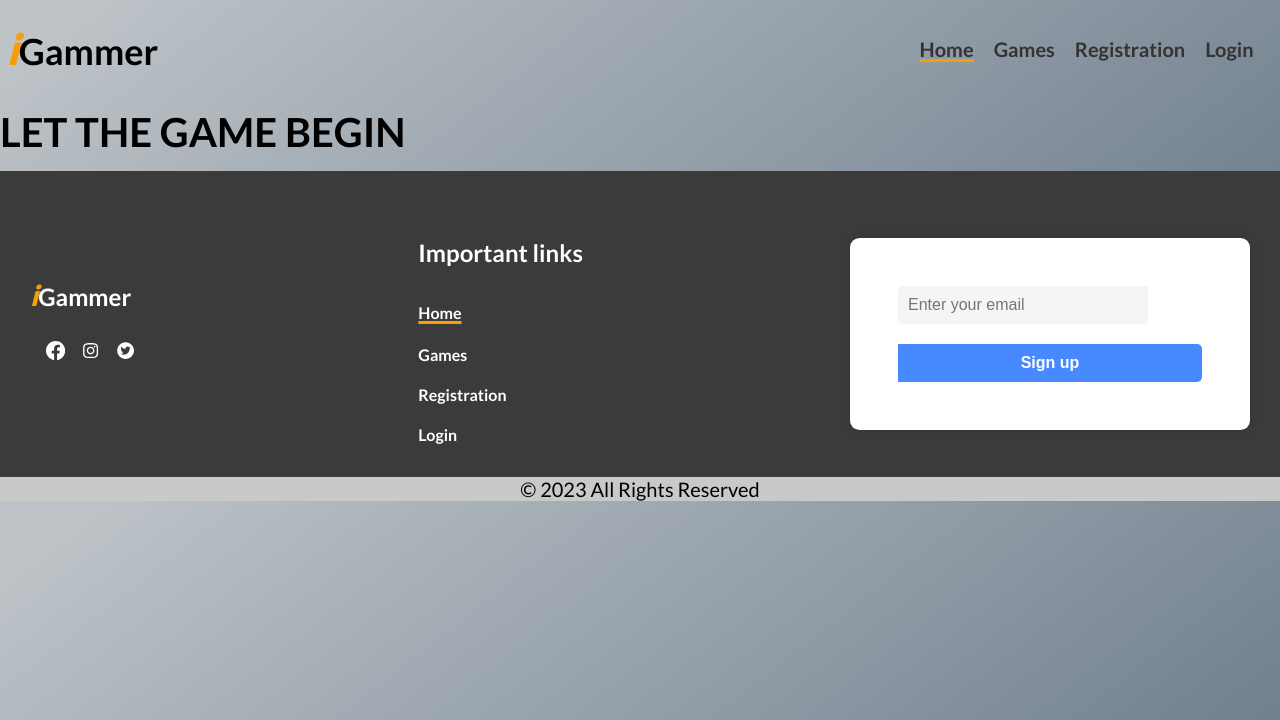
Repository: DannyMyles/iGammer
Page: /
These files come from the project's save history. The page is drawn as it stood at one moment and after a run of saves; the edit follows.
The browser window is 1280 px wide. The pictures show the whole page.
The project was rebuilt for these pictures with package versions that can differ from the ones it lists, and the page was loaded fresh each time. Also part of the build but not shown: src/pages/games/games.css, src/pages/games/Games.tsx, src/pages/home/home.css, src/pages/login/Login.tsx, src/pages/playgame/playgame.css, src/pages/playgame/PlayGame.tsx, src/pages/register/register.css, src/pages/register/Register.tsx.

Above is the page before, as saved 2023-03-16 13:23:06.

### public/index.html
<!DOCTYPE html>
<html lang="en">
  <head>
    <meta charset="utf-8" />
    <link rel="icon" href="%PUBLIC_URL%/favicon.ico" />
    <meta name="viewport" content="width=device-width, initial-scale=1" />
    <meta name="theme-color" content="#000000" />
    <meta
      name="description"
      content="Web site created using create-react-app"
    />
    <link rel="apple-touch-icon" href="%PUBLIC_URL%/logo192.png" />

    <link rel="manifest" href="%PUBLIC_URL%/manifest.json" />
    <title>iGammer</title>
  </head>
  <body>
    <div id="root"></div>
  </body>
</html>

### src/index.tsx
import React from "react";
import ReactDOM from "react-dom/client";
import "./index.css";
import App from "./App";
import { BrowserRouter } from "react-router-dom";
const root = ReactDOM.createRoot(
  document.getElementById("root") as HTMLElement
);
root.render(
  <React.StrictMode>
    <BrowserRouter>
      <App />
    </BrowserRouter>
  </React.StrictMode>
);

### src/index.css
@import url('https://fonts.googleapis.com/css2?family=Lato:wght@100;300;400;700;900&display=swap');
* {
	box-sizing: border-box;

}
body {
	margin: 0;
	padding: 0;
	background: linear-gradient(#bdc3c7 → #2c3e50);
	background: linear-gradient(142deg, #bdc3c7 5%, #5f7081 100%);
	align-items: center;
	flex-direction: column;
	font-family: 'Lato', sans-serif;
	line-height: 1.5rem;
	font-size: 20px;
}
.i-word{
	font-style: italic;
	font-size: larger;
	font-weight: 900;
	color: rgb(247, 158, 4);
  }

### src/App.tsx
import { Route, Routes } from "react-router-dom";
import Games from "./pages/games/Games";
import Home from "./pages/home/Home";
import Login from "./pages/login/Login";
import PlayGame from "./pages/playgame/PlayGame";
import Register from "./pages/register/Register";

function App() {
  const handleRegistration = (
    firstName: string,
    lastName: string,
    email: string,
    password: string
  ) => {
    // Handle registration logic here
    console.log(firstName, lastName, email, password);
  };

  const handleSubmit = (email: string, password: string) => {
    // Handle login logic here
    console.log("Email:", email);
    console.log("Password:", password);
  };

  return (
    <Routes>
      <Route path="/" element={<Home />} />
      <Route path="/games" element={<Games />} />
      <Route path="/play" element={<PlayGame />} />
      <Route path="/login" element={<Login onSubmit={handleSubmit} />} />
      <Route
        path="/registration"
        element={<Register onSubmit={handleRegistration} />}
      />
    </Routes>
  );
}

export default App;

### src/pages/home/Home.tsx
import Footer from "../../components/footer/Footer"
import Navbar from "../../components/navbar/Navbar"
import "./home.css"

const Home = () => {
  return (
    <>
      <Navbar />
      <div className="main-home">
      <h1>LET THE GAME BEGIN</h1>
      </div>
      <Footer />
    </>
  )
}

export default Home

### src/components/footer/Footer.tsx
/* eslint-disable jsx-a11y/anchor-is-valid */
import "./footer.css";
import { BsFacebook } from "react-icons/bs";
import { AiOutlineInstagram,AiFillTwitterCircle } from "react-icons/ai";
import { NavLink } from "react-router-dom";
const Footer = () => {
  return (
    <>
      <footer className="footer">
        <div className="logo-side">
          <div className="logo"><span className="i-word">i</span>Gammer</div>
          <div className="social-media">
            <a href="#"> <BsFacebook /></a>
            <a href="#"> <AiOutlineInstagram /> </a>
            <a href="#"><AiFillTwitterCircle/> </a>
          </div>
        </div>
        <div className="important-links">
          <h2>Important links</h2>
          <NavLink to="/" className="nav-link"> Home </NavLink>
          <NavLink to="/games" className="nav-link"> Games </NavLink>
          <NavLink to="/registration" className="nav-link"> Registration </NavLink>
          <NavLink to="/login" className="nav-link"> Login </NavLink>
        </div>
        <div className="signup-footer">
          <form>
            <input type="email" placeholder="Enter your email" />
            <button type="submit">Sign up</button>
          </form>
        </div>
      </footer>
      <div className="copyright">© 2023 All Rights Reserved</div>
    </>
  );
};

export default Footer;

### src/components/navbar/Navbar.tsx
import "./navbar.css";
import { NavLink } from "react-router-dom";

const Navbar = () => {
  return (
    <nav className="nav">
      <div className="main-nav">
        <div className="logo">
          <h1><span className="i-word">i</span>Gammer</h1>
        </div>
        <div className="links">
          <ul className="nav-list">
            <li>
              <NavLink to="/"  className="nav-link">
                Home
              </NavLink>
            </li>
            <li>
              <NavLink to="/games" className="nav-link">
                Games
              </NavLink>
            </li>
            <li>
              <NavLink to="/registration" className="nav-link">
                Registration
              </NavLink>
            </li>
            <li>
              <NavLink to="/login" className="nav-link">
                Login
              </NavLink>
            </li>
          </ul>
        </div>
      </div>
    </nav>
  );
};

export default Navbar;

### src/pages/login/login.css
.login-container {
    display: flex;
    justify-content: center;
    align-items: center;
    height: 100vh;
    background-color: #f2f2f2;
  }
  .login-form h2 {
    margin-bottom: 20px;
    margin-top: 0;
  }
  form {
    display: flex;
    flex-direction: column;
    text-align: left;
    width: 400px;
    padding: 3rem;
    background-color: white;
    border-radius:.6rem;
    box-shadow: 0px 0px 10px rgba(0, 0, 0, 0.1);
}

  label {
    margin-bottom: .5rem;
    font-weight: bold;
    font-size: 1.2rem;
    text-align: left;
  }

  input {
    width: 100%;
    padding: 10px;
    margin-bottom: 20px;
    border-radius: 5px;
    border: none;
    background-color: #f5f5f5;
    font-size: 16px;
  }
  input:focus{
    outline: rgb(253, 252, 252);
    border:1px solid #bebcbc;
  }

  button {
    width: 100%;
    padding: 10px;
    border-radius: 5px;
    border: none;
    background-color: #0077cc;
    color: white;
    font-size: 16px;
    font-weight: bold;
    cursor: pointer;
  }

  button:hover {
    background-color: #0066b3;
  }

### src/components/footer/footer.css
/* Footer styles */
.footer {
    background-color: #3b3b3b;
    color: #fff;
    padding: 30px;
    display: flex;
    flex-wrap: wrap;
    justify-content: space-between;
    font-size: 16px;
    align-items: center;
  }

  .logo-side {
    display: flex;
    flex-direction: column;
    flex-wrap: wrap;
    align-items: center;
    gap: 2rem;
  }

  .logo {
    font-weight: bold;
    font-size: 24px;
    margin-right: 20px;
  }

  .social-media {
    display: flex;
    gap: 1rem;
  }

  .social-media a {
    color: #fff;
    font-size: larger;
  }

  .important-links {
    display: flex;
    flex-direction: column;
    margin-top: 20px;
    gap: 1rem;
  }

  .important-links a {
    color: #fff;
    margin-right: 20px;
    text-decoration: none;
  }

  .signup-footer {
    margin-top: 20px;
    display: flex;
    flex-wrap: wrap;
    align-items: center;
  }

  .signup-footer input[type="email"] {
    padding: 10px;
    border: none;
    border-radius: 5px 0 0 5px;
    width: 250px;
    margin-right: -5px;
  }

  .signup-footer button[type="submit"] {
    background-color: #478aff;
    color: #fff;
    border: none;
    padding: 10px;
    border-radius: 0 5px 5px 0;
    cursor: pointer;
  }
  .copyright{
    background-color: #c8c9c9;
    text-align: center;
  }
  /* Media query for small screens */
  @media (max-width: 768px) {
    .footer {
      flex-direction: column;
      align-items: center;
    }

    .logo-side, .important-links, .signup-footer {
      margin-top: 20px;
    }

    .signup-footer input[type="email"] {
      width: 100%;
      margin-right: 0;
      margin-bottom: 10px;
    }
  }

### src/components/navbar/navbar.css
.main-nav{
    display: flex;
    justify-content: space-between;
    align-items: center;
    margin: .4rem;
}
.nav-list {
  display: flex;
  list-style: none;
  margin: 0;
  padding: 0;
  color: rgb(247, 158, 4);
}
.nav-link {
  color: #333;
  display: block;
  font-weight: bold;
  margin-right: 20px;
  text-decoration: none;
}

.nav-link.active {
  font-weight: bold;
  padding: 0 0 2px;
  text-decoration: 3px underline rgb(247, 158, 4);
}

After the next 4 saves:
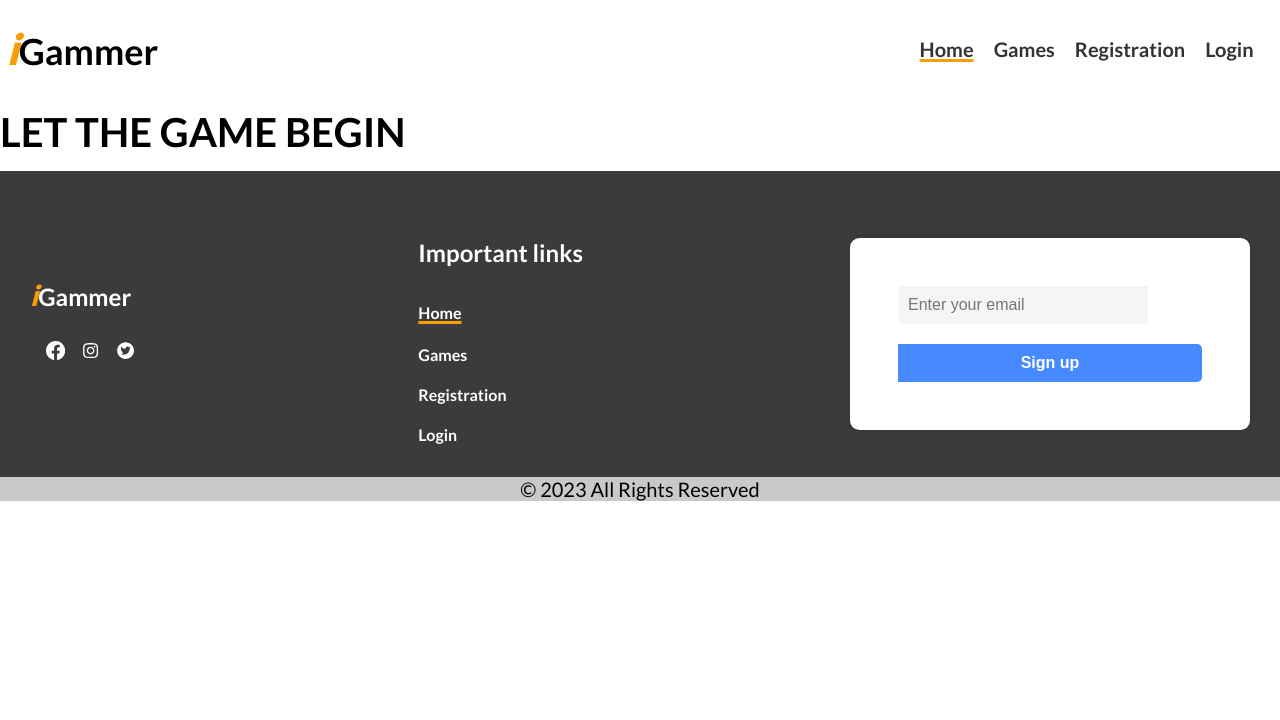
The 4 saves are shown as one change because they came seconds apart.
The last was saved 20 s later.
--- a/src/index.css
+++ b/src/index.css
@@ -7,7 +7,7 @@ body {
 	margin: 0;
 	padding: 0;
 	background: linear-gradient(#bdc3c7 → #2c3e50);
-	background: linear-gradient(142deg, #bdc3c7 5%, #5f7081 100%);
+	background: linear-gradient(142deg, #bdc3c7 5%);
 	align-items: center;
 	flex-direction: column;
 	font-family: 'Lato', sans-serif;
